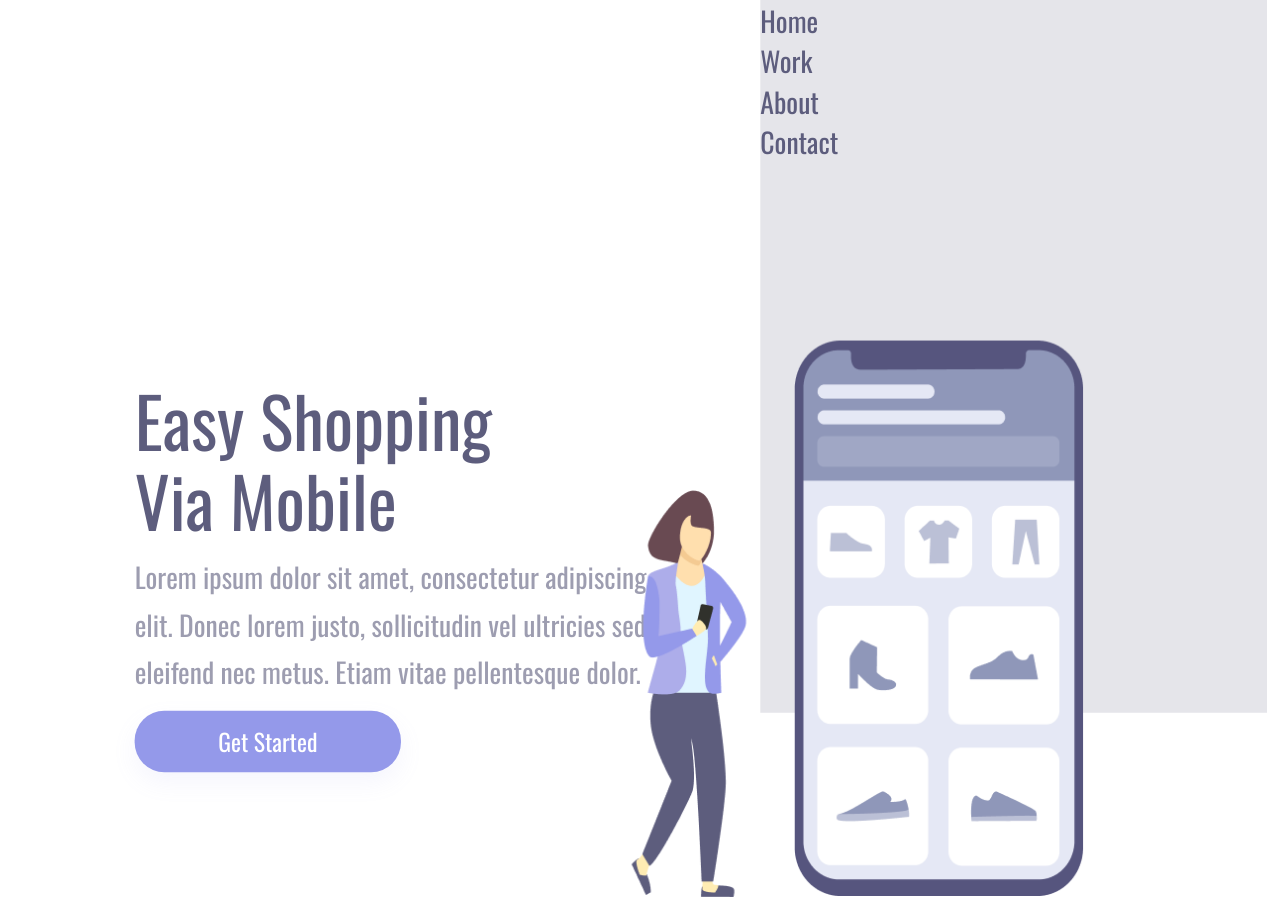
Repository: Leo-Marques-882/Projeto-Git-2
Page: index.html
These files come from the project's save history. The page is drawn as it stood at one moment and after the next save; the edit follows.
The browser window is 1280 px wide. The pictures show the whole page, at 99% of full size.

Above is the page before, as saved 2023-03-06 23:59:42.

### index.html
<!DOCTYPE html>
<html lang="pt_br">

<head>
    <meta charset="UTF-8">
    <meta http-equiv="X-UA-Compatible" content="IE=edge">
    <meta name="viewport" content="width=device-width, initial-scale=1.0">
    <link rel="stylesheet" href="styless.css">
    <link rel="preconnect" href="https://fonts.googleapis.com">
    <link rel="preconnect" href="https://fonts.gstatic.com" crossorigin>
    <link href="https://fonts.googleapis.com/css2?family=Oswald&display=swap" rel="stylesheet">

    <title>Projeto 1</title>
</head>

<body>
    <div class="wrapper">
        <section class="container-left">
            <h1>Easy Shopping Via Mobile</h1>
            <p>Lorem ipsum dolor sit amet, consectetur adipiscing
                elit. Donec lorem justo, sollicitudin vel ultricies sed,
                eleifend nec metus. Etiam vitae pellentesque dolor. </p>
            <button>Get Started</button>
        </section>
        <section class="container-right">
            <header>
                <a>Home</a>
                <a>Work</a>
                <a>About</a>
                <a>Contact</a>
            </header>
            <img src="./img/Illustration.png" alt="girl-cellphone">
        </section>
    </div>
</body>

</html>

### styless.css
* {
    margin: 0;
    padding: 0;
    box-sizing: border-box;
    font-family: 'Oswald', sans-serif;
}

.wapper {
    height: 100vh;
    ;
    width: 100vw;
}

.container-left {
    display: inline-block;
    width: 60%;
    margin-top: 30%;
    padding-left: 136px;
}

h1 {
    font-weight: 400;
    font-size: 70px;
    line-height: 80px;
    color: #5D5D7D;
    width: 368px;
}

p {
    font-weight: 400;
    font-size: 28px;
    line-height: 48px;
    color: #5D5D7D;
    opacity: 0.6;
    margin: 15px 0;
    width: 540px;
}

button {
    width: 269px;
    height: 62px;
    background: #9499EA;
    box-shadow: 0px 10px 24px rgba(148, 153, 234, 0.0979959);
    font-weight: 400;
    font-size: 24px;
    line-height: 36px;
    text-align: center;
    color: #FFFFFF;
    border-radius: 30px;
    border: none;
    cursor: pointer;
}

button:hover {
    opacity: .8;
}

button:active {
    opacity: .5;
}

.container-right {
    display: inline-block;
    background-color: rgba(93, 93, 125, 0.16);
    height: 100vh;
    width: 40%;
    position: absolute;
}

header {
    width: 59px;
    font-weight: 400px;
    font-size: 28px;
    line-height: 41px;
    color: #5D5D7D;
}

img {
    position: relative;
    top: 25%;
    right: 130px;
}

After the next save:
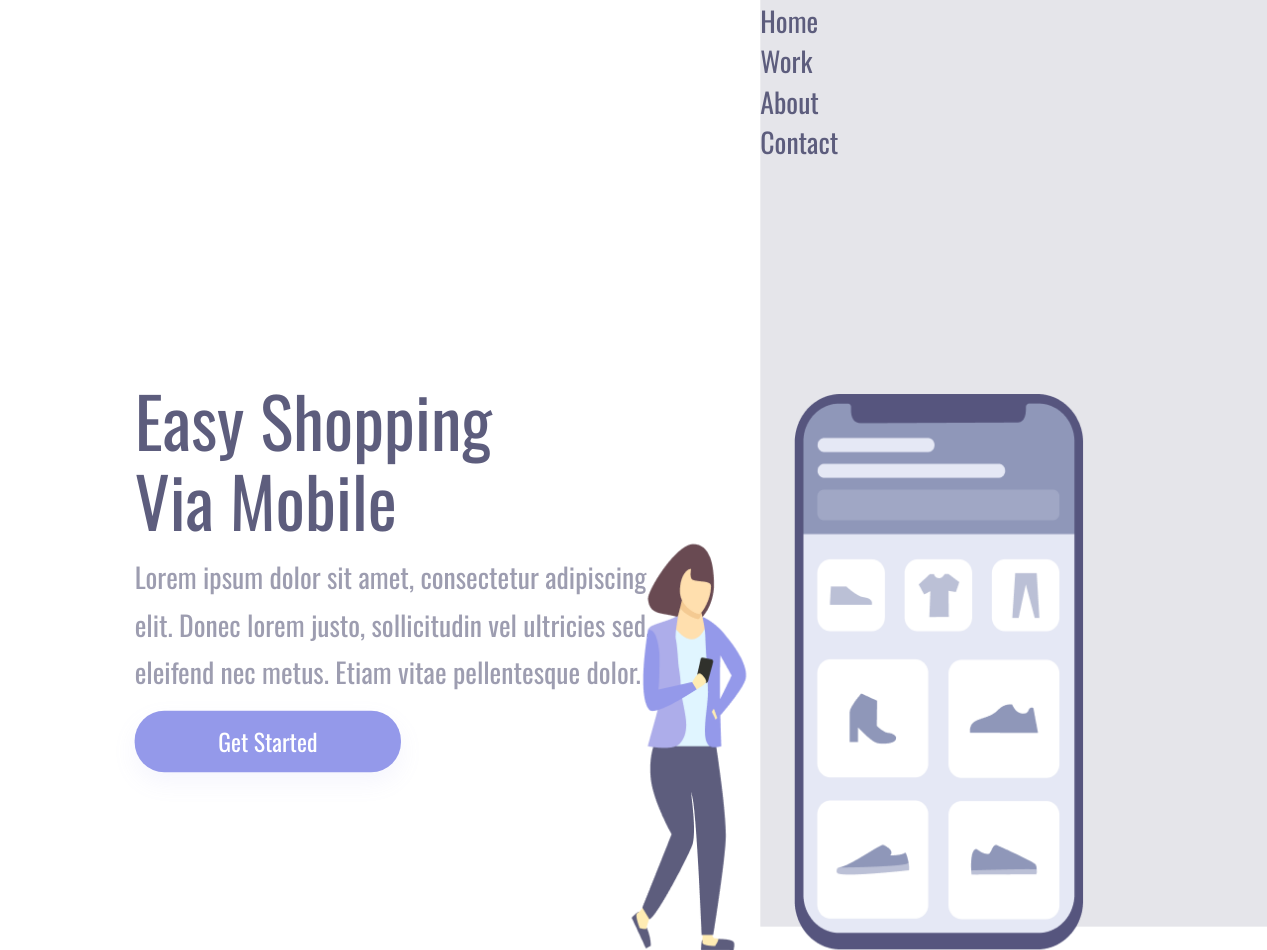
Saved 5 min 39 s later.
--- a/styless.css
+++ b/styless.css
@@ -62,7 +62,7 @@
 .container-right {
     display: inline-block;
     background-color: rgba(93, 93, 125, 0.16);
-    height: 100vh;
+    height: 130vh;
     width: 40%;
     position: absolute;
 }
